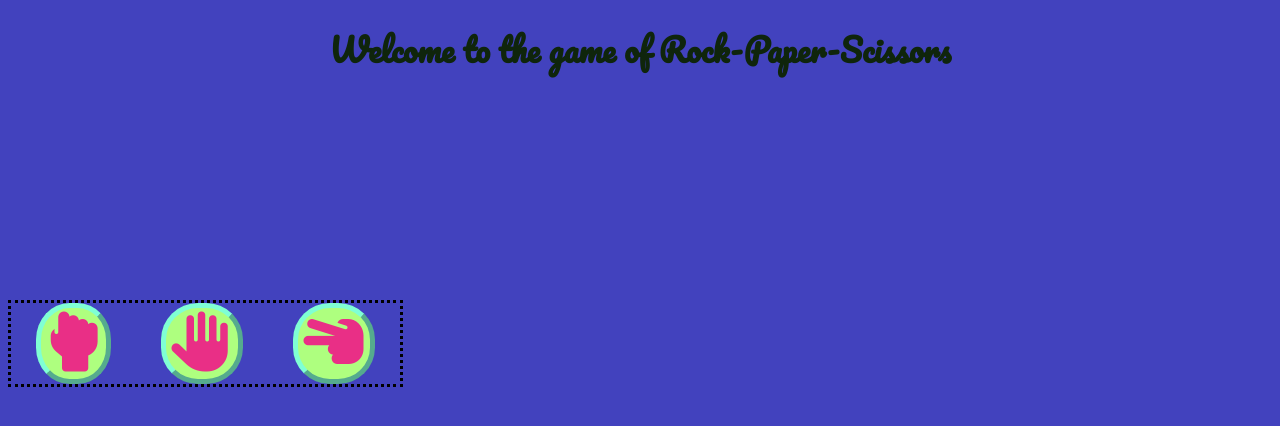
Repository: 0101chaitanya/Rock-Paper-Scissors
Page: index.html
An editor plug-in stored every save of this project. The page is shown before and after the next save, followed by the edit.
The browser window is 1280 px wide. The pictures show the whole page.
Some web libraries are served in a nearby version.

Above is the page before, as saved 2021-05-14 18:45:19.
Not found: linkk.js

After the next save:
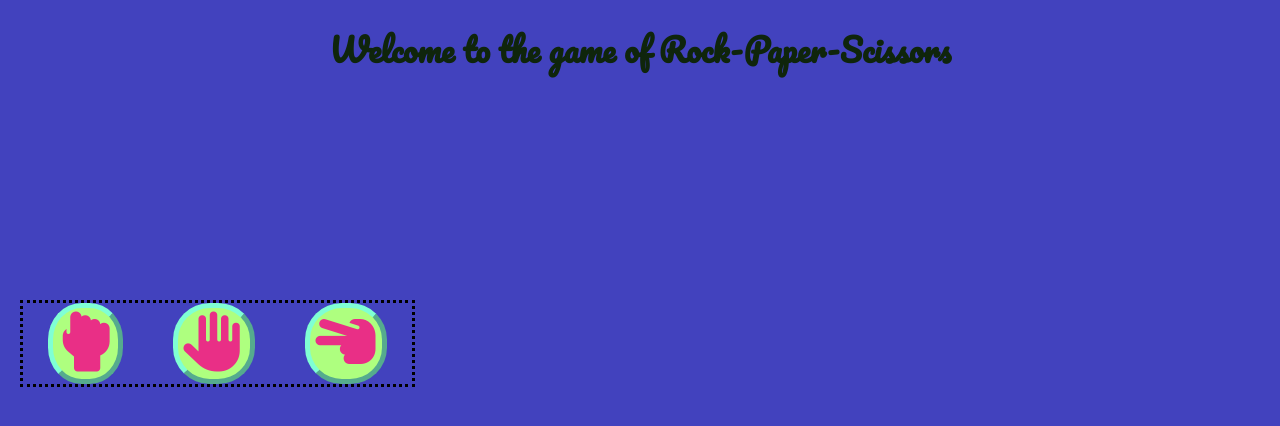
Saved 2 min 27 s later.
--- a/style.css
+++ b/style.css
@@ -14,7 +14,8 @@
 justify-content:center;
 position: fixed;
 top: 300px;
-float: right;
+left: 20px;
+
 
     }
 .square{

After the save that followed:
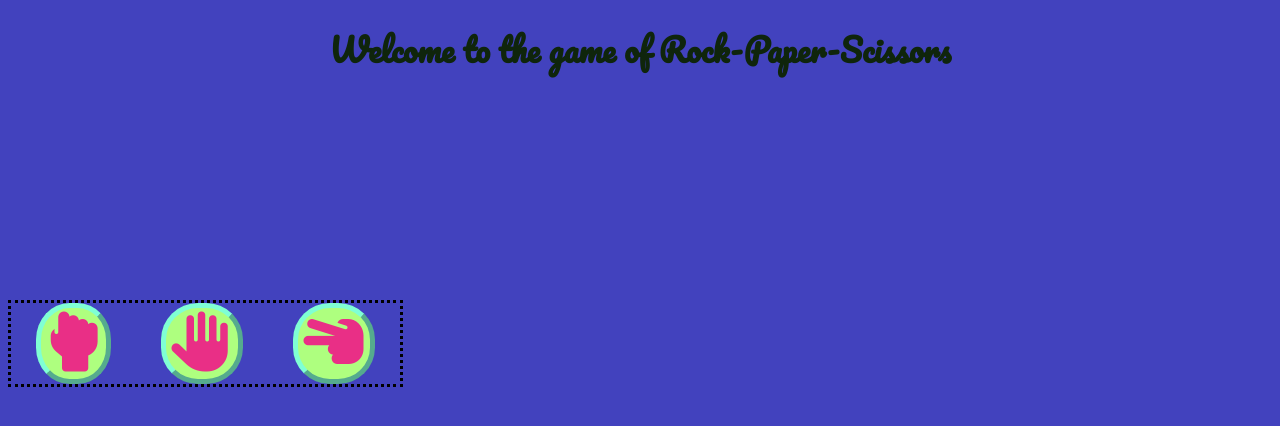
Saved 25 s later.
--- a/style.css
+++ b/style.css
@@ -14,7 +14,7 @@
 justify-content:center;
 position: fixed;
 top: 300px;
-left: 20px;
+text-align: center;
 
 
     }
